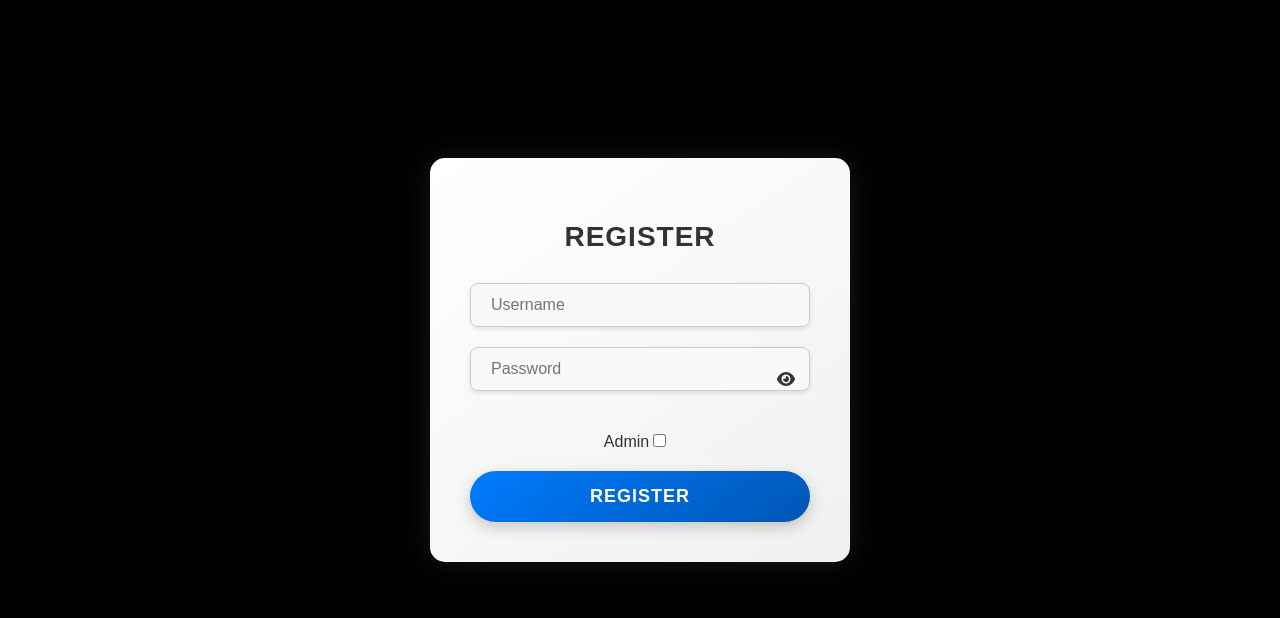
Repository: mdmisri/needy-talk
Page: /register (app in frontend/talk-d1/)
These files come from the project's save history. The page is drawn as it stood at one moment and after the next save; the edit follows.
The browser window is 1280 px wide. The pictures show the whole page.
The page's requests for data from a server got no answer. The project was rebuilt for these pictures with package versions that can differ from the ones it lists, and the page was loaded fresh each time. No one was signed in, and anything a server would have sent is missing. Also part of the build but not shown: frontend/talk-d1/src/components/Login/Login.js, frontend/talk-d1/src/conversationUtils.js, frontend/talk-d1/src/hooks/useConversation.js, frontend/talk-d1/src/components/Chat/styles/Message.css, frontend/talk-d1/src/components/Chat/Message.js, frontend/talk-d1/src/components/Chat/ChatBox.js, frontend/talk-d1/src/components/Chat/AdminChatBox.js, frontend/talk-d1/src/components/Chat/AdminSelection.js and 1 more.

Above is the page before, as saved 2024-07-31 01:17:57.

After the next save:
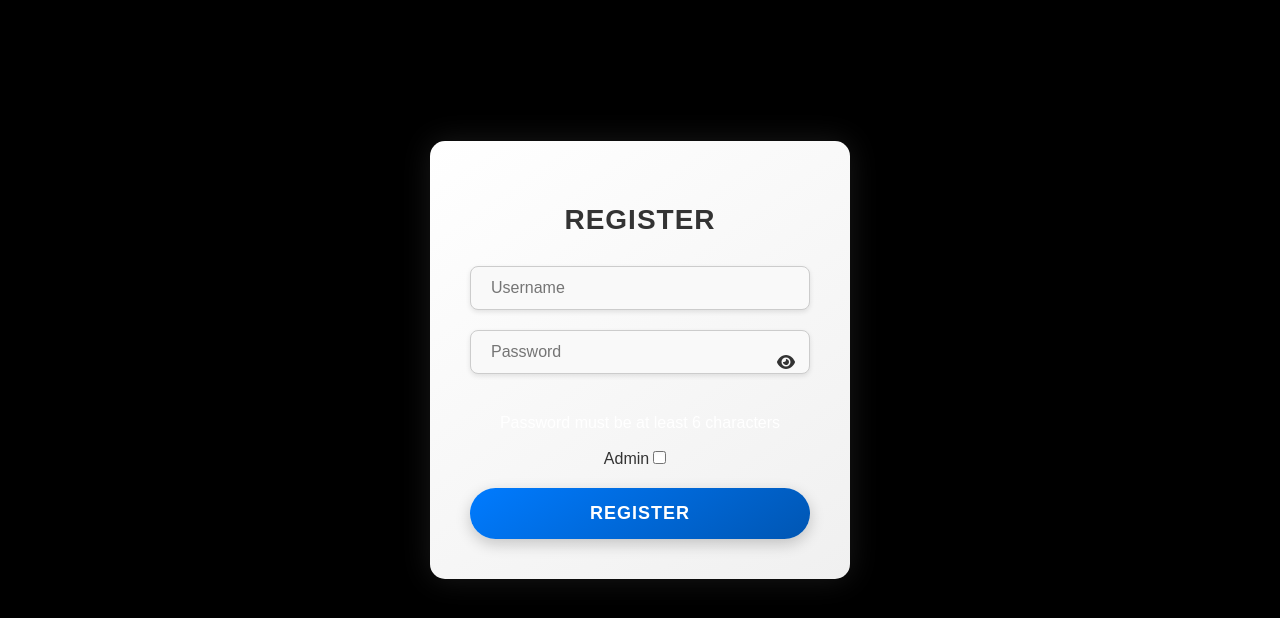
Saved 4 min 11 s later.
--- a/frontend/talk-d1/src/components/Register/Register.js
+++ b/frontend/talk-d1/src/components/Register/Register.js
@@ -58,6 +58,7 @@ const Register = () => {
                         className="password-toggle-icon"
                     />
                 </div>
+                <p className="password-requirement">Password must be at least 6 characters</p>
                 <div className="checkbox-container">
                     <label className="admin-text">Admin</label>
                     <input
